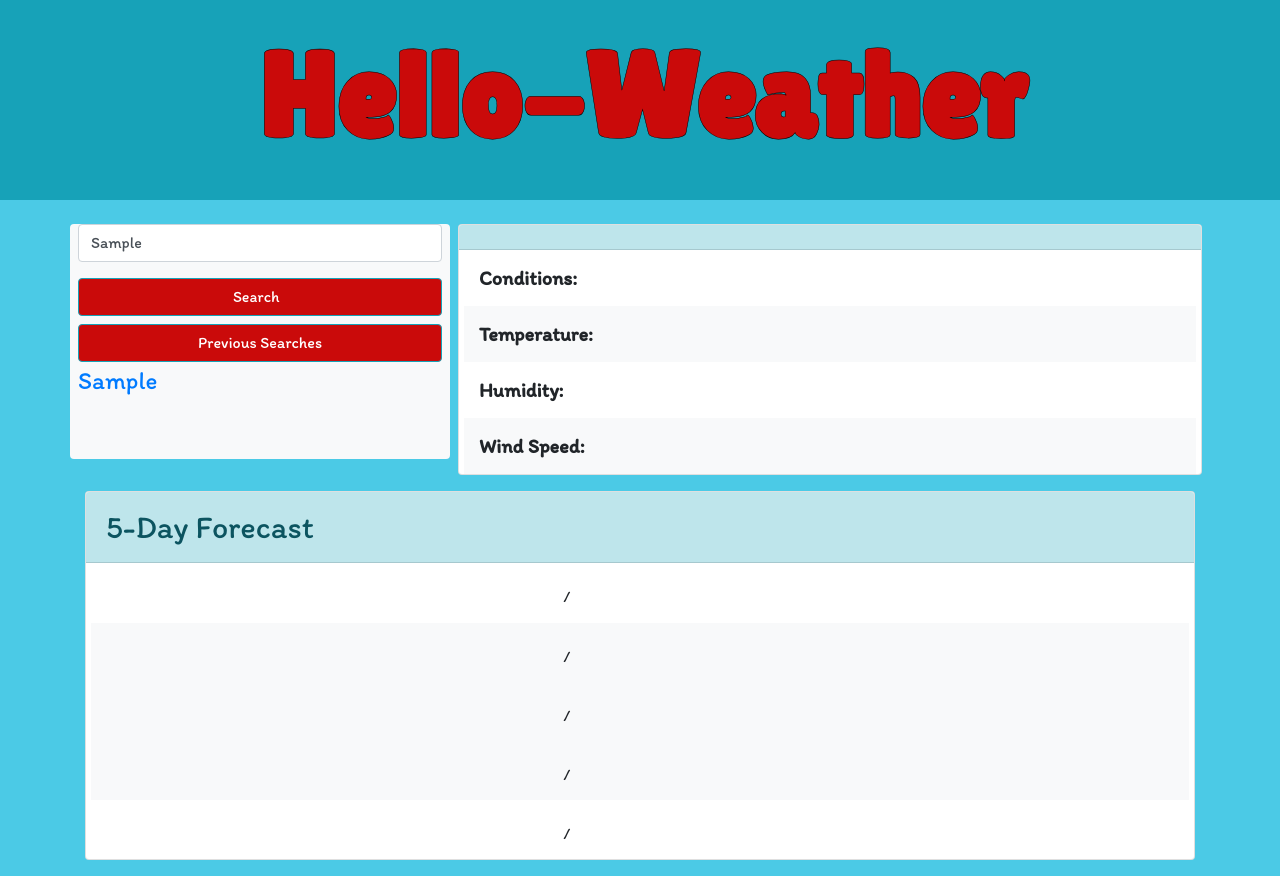
Repository: Jazinha/Hello-kitty-weather
Page: index.html
An editor plug-in stored every save of this project. The page is shown before and after the next save, followed by the edit.
The browser window is 1280 px wide. The pictures show the whole page.
Empty fields were first filled with sample values (such as "Sample", 5 or name@example.com).
After loading, the first visible `#search-btn` was clicked once.
The page's requests for data from a server got no answer. Some web libraries are served in a nearby version.

Above is the page before, as saved 2023-02-08 02:49:43.

After the next save:
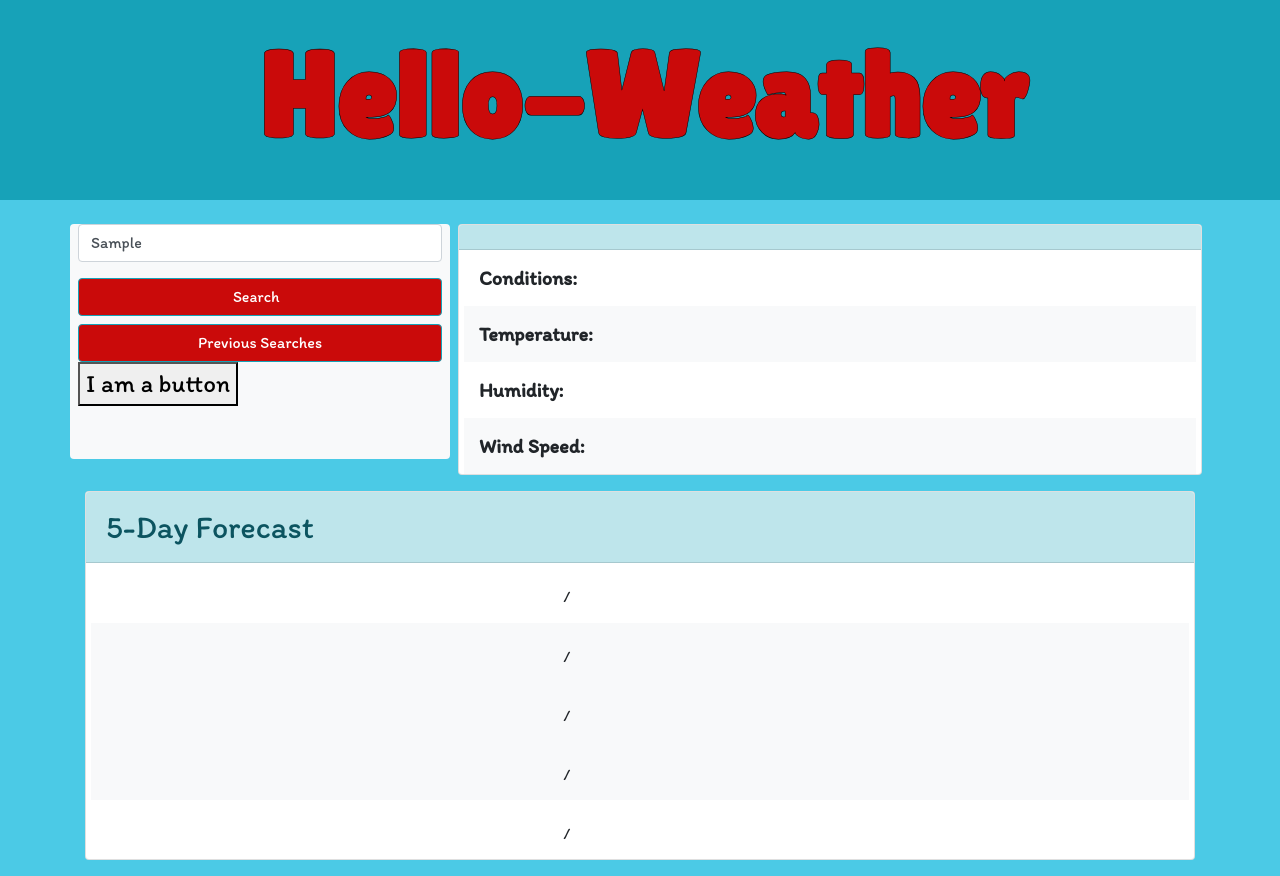
Saved 108 s later.
--- a/script.js
+++ b/script.js
@@ -1,14 +1,18 @@
 function addHistory(city) {
 
     var searchDisplay = document.getElementById("search-history");
-    const a = document.createElement("a");
-    const textNode = document.createTextNode(city);
+    // const a = document.createElement("a");
+    // const textNode = document.createTextNode(city);
 
-    a.appendChild(textNode);
+    // a.appendChild(textNode);
 
-    searchDisplay.appendChild(a);
+    // searchDisplay.appendChild(a);
 
-    a.href = fetchWeather2(city);
+    // a.href = fetchWeather2(city);
+
+    const btn = document.createElement("BUTTON");
+    btn.innerHTML = "I am a button";
+    searchDisplay.appendChild(btn);
 
     var oldCities = localStorage.getItem("cities");
 
